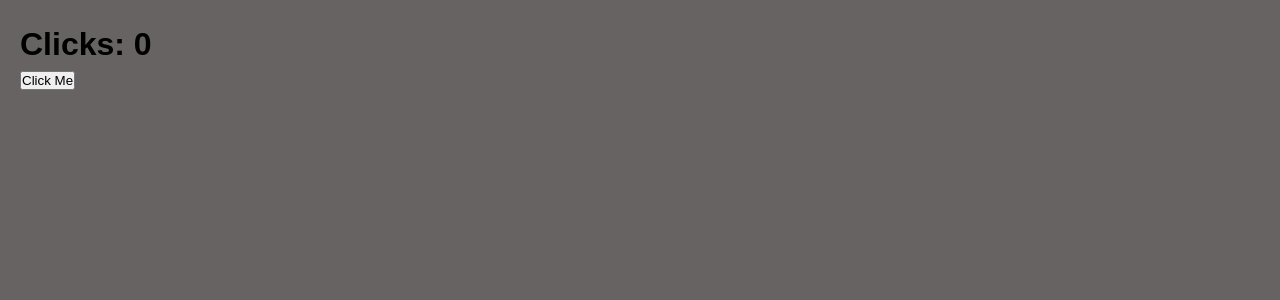
Repository: MeekyBerry/Chasing-Clicks
Page: / (app in chasing-clicks/)
The author's editor kept a copy of each file at every save. The page is drawn from the files as they stood at one save, then again after the next save.
The browser window is 1280 px wide. The pictures show the whole page.
The project was rebuilt for these pictures with package versions that can differ from the ones it lists, and the page was loaded fresh each time.

Above is the page before, as saved 2023-04-14 18:24:30.

### chasing-clicks/public/index.html
<!DOCTYPE html>
<html lang="en">
  <head>
    <meta charset="utf-8" />
    <link rel="icon" href="%PUBLIC_URL%/favicon.ico" />
    <meta name="viewport" content="width=device-width, initial-scale=1" />
    <meta name="theme-color" content="#000000" />
    <meta
      name="description"
      content="Web site created using create-react-app"
    />
    <link rel="apple-touch-icon" href="%PUBLIC_URL%/logo192.png" />
    <!--
      manifest.json provides metadata used when your web app is installed on a
      user's mobile device or desktop. See https://developers.google.com/web/fundamentals/web-app-manifest/
    -->
    <link rel="manifest" href="%PUBLIC_URL%/manifest.json" />
    <!--
      Notice the use of %PUBLIC_URL% in the tags above.
      It will be replaced with the URL of the `public` folder during the build.
      Only files inside the `public` folder can be referenced from the HTML.

      Unlike "/favicon.ico" or "favicon.ico", "%PUBLIC_URL%/favicon.ico" will
      work correctly both with client-side routing and a non-root public URL.
      Learn how to configure a non-root public URL by running `npm run build`.
    -->
    <title>Chasing The Clicks</title>
  </head>
  <body>
    <noscript>You need to enable JavaScript to run this app.</noscript>
    <div id="root"></div>
    <!--
      This HTML file is a template.
      If you open it directly in the browser, you will see an empty page.

      You can add webfonts, meta tags, or analytics to this file.
      The build step will place the bundled scripts into the <body> tag.

      To begin the development, run `npm start` or `yarn start`.
      To create a production bundle, use `npm run build` or `yarn build`.
    -->
  </body>
</html>

### chasing-clicks/src/App.js
// import "./App.css";
import React, { useEffect, useState } from "react";
// import { ErrorBoundary } from "react-error-boundary";
// import ErrorFallback from "./components/fallback";
// import ClickCounter from "./components/clicks";
import "../src/styles/main.css";

// function App() {
//   return (
//     <ErrorBoundary FallbackComponent={ErrorFallback}>
//       <div className="app">
//         <ClickCounter />
//       </div>
//     </ErrorBoundary>
//   );
// }

    // Build a web page  with a clickable button and a click count. Every time that the button is clicked, the number increases by 1. When the web page is refreshed, the click count number should reflect all previous clicks. That means, refreshing the page should not reset the count to 0 or any other default number. show on the web page the distribution of clicks by geography with a map using ipapi


function App() {
  const [count, setCount] = useState(() => {
  const value = localStorage.getItem("count");
  return value !== null ? JSON.parse(value) : 0;
});

// const [clicksByLocation, setClicksByLocation] = useState(() => {
//   const value = localStorage.getItem("clicksByLocation");
//   return value !== null ? JSON.parse(value) : {};
// });

useEffect(() => {
  const savedCount = JSON.parse(localStorage.getItem("count"));

  if (savedCount) {
    setCount(savedCount);
  }

//   const savedClicksByLocation = JSON.parse(localStorage.getItem("clicksByLocation"));

//   if (savedClicksByLocation) {
//     setClicksByLocation(savedClicksByLocation);
//   }
}, []);

useEffect(() => {
  localStorage.setItem("count", JSON.stringify(count));

  // localStorage.setItem("clicksByLocation", JSON.stringify(clicksByLocation));
}, [count]);

const incrementCount = () => {
  setCount(count + 1);

  // fetch("https://ipapi.co/json/")
  //   .then((response) => response.json())
  //   .then((data) => {
  //     const { country_name } = data;
  //     console.log(country_name);

      // setClicksByLocation({
      //   ...clicksByLocation,
      //   [country_name]: clicksByLocation[country_name] + 1 || 1,
      // });
    // }
  // );
};

return (
  <div className="app">
    <h1>Clicks: {count}</h1>
    <button onClick={incrementCount}>Click Me</button>
    {/* <h2>Clicks by Location</h2>
    <ul>
      {Object.keys(clicksByLocation).map((country) => (
        <li key={country}>
          {/* {country}: {clicksByLocation[country]} */}
        {/* </li> */}
      {/* // ))} */}
    {/* </ul>  */}
 </div>
);
}

export default App;

### chasing-clicks/src/styles/main.css
:root {
  --color-primary: #0C0404;
  --color-secondary: #F5FEFD;
  --color-primary-light: #696969;
  --color-secondary-light: #F8F8FF;
  --color-primary-lighter: #666362;
  --color-secondary-lighter: #555555;
}

*,
*::before,
*::after {
  box-sizing: border-box;
  padding: 0;
  margin: 0;
}

html {
  font-size: 62.5%;
}

.app {
  font-family: "Fira Sans", sans-serif;
  font-size: 1.6rem;
  font-weight: 400;
  line-height: 1.5;
  background-color: var(--color-primary-lighter);
  width: 100%;
  min-height: 100vh;
  padding: 2rem;
}

.click {
  display: flex;
  flex-direction: column;
  justify-content: center;
  align-items: center;
  min-height: 100vh;
  width: 100%;
}
.click--title {
  font-size: 2.5rem;
  font-weight: 600;
  font-family: "Fira Sans";
  color: var(--color-secondary);
  margin-bottom: 1rem;
  text-transform: capitalize;
}
.click--text {
  margin-bottom: 0.5rem;
  font-style: oblique;
  font-size: 1.5rem;
  font-family: "Oxygen";
  color: var(--color-secondary-light);
}
.click--text__count {
  font-size: 3rem;
  font-weight: 900;
  font-family: "Fira Sans";
  color: var(--color-primary);
  font-style: normal !important;
  margin: 0 0.5rem;
}
.click--text__location {
  font-size: 1.8rem;
  font-weight: 900;
  font-family: "Fira Sans";
  font-style: normal !important;
  color: var(--color-primary);
  text-transform: capitalize;
}
.click--text__location__mark {
  font-size: 1.8rem;
  font-weight: 900;
  font-family: "Fira Sans";
  font-style: normal !important;
}
.click--btn {
  padding: 1rem;
  border: none;
  background-color: var(--color-primary);
  color: var(--color-secondary);
  font-size: 1.3rem;
  font-weight: 600;
  font-family: "Oxygen" monospace;
  text-transform: uppercase;
  border-radius: 0.5rem;
  cursor: pointer;
  transition: all 0.3s ease-in-out;
  animation: heartbeat 1.5s ease-in-out infinite;
}
.click--btn:hover, .click--btn:active {
  background-color: var(--color-primary-light);
  color: var(--color-secondary-light);
}
.click--btn:focus {
  outline: none;
}
.click--map {
  width: 80%;
  height: 25rem;
  margin: 2rem auto;
  border-radius: 0.5rem;
}
.click--locationCount {
  font-size: 1.5rem;
  background-color: var(--color-primary-light);
  padding: 1rem;
  border-radius: 0.5rem;
  margin-bottom: 1rem;
  width: 90%;
  display: flex;
  flex-direction: column;
  justify-content: center;
  align-items: center;
  gap: 1rem;
}
.click--locationCount__head {
  font-size: 2rem;
  font-weight: 600;
  font-family: "Fira Sans";
  color: var(--color-secondary);
  text-transform: capitalize;
  border-bottom: 1px solid var(--color-secondary-light);
}
.click--locationCount__list {
  width: 100%;
  display: flex;
  flex-direction: column;
  justify-content: center;
  align-items: center;
  gap: 1rem;
  padding: 0.5rem;
}
.click--locationCount__list--container {
  width: 100%;
  display: flex;
  justify-content: space-between;
  align-items: center;
  gap: 1rem;
  padding: 0.5rem;
  border-bottom: 1px solid var(--color-secondary-light);
}
.click--locationCount__list--container__title {
  font-size: 1.5rem;
  font-family: "Fira Sans";
  color: var(--color-secondary);
  text-transform: capitalize;
}
.click--locationCount__list__item {
  display: flex;
  justify-content: space-between;
  align-items: center;
  gap: 1rem;
  padding: 0.5rem;
  border-bottom: 1px solid var(--color-secondary-light);
  width: 100%;
  text-align: center;
  font-family: "Fira Sans";
}
.click--locationCount__list__item__location {
  font-size: 1.3rem;
  color: var(--color-secondary-light);
  text-transform: capitalize;
}
.click--locationCount__list__item__count {
  font-size: 1.8rem;
  color: var(--color-secondary);
  font-weight: 600;
}

@keyframes heartbeat {
  0% {
    transform: scale(1);
  }
  20% {
    transform: scale(1.1);
  }
  40% {
    transform: scale(1);
  }
  60% {
    transform: scale(1.1);
  }
  80% {
    transform: scale(1);
  }
  100% {
    transform: scale(1);
  }
}/*# sourceMappingURL=main_20230413181108.css.map */

Loaded but not shown: chasing-clicks/src/index.js (common file); chasing-clicks/src/index.css (common file); chasing-clicks/src/reportWebVitals.js (common file)

After the next save:
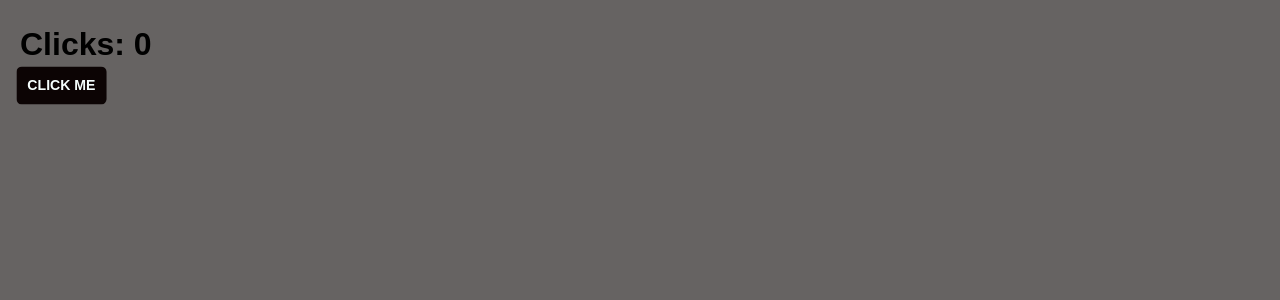
Saved 50 s later.
--- a/chasing-clicks/src/App.js
+++ b/chasing-clicks/src/App.js
@@ -69,7 +69,7 @@ const incrementCount = () => {
 return (
   <div className="app">
     <h1>Clicks: {count}</h1>
-    <button onClick={incrementCount}>Click Me</button>
+    <button onClick={incrementCount} className="click--btn">Click Me</button>
     {/* <h2>Clicks by Location</h2>
     <ul>
       {Object.keys(clicksByLocation).map((country) => (
